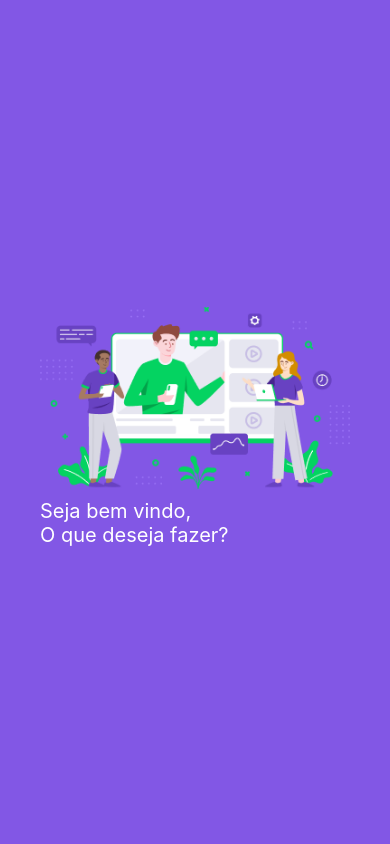
Repository: R4YC0NLima/Proffy_nlw
Screen: / (app in proffy_mobile/)
The author's editor kept a copy of each file at every save. The screen is drawn from the files as they stood at one save, then again after a run of saves.
The app was drawn by React Native's web renderer in a window 390 px wide. The project was rebuilt for these pictures with package versions that can differ from the ones it lists, and the page was loaded fresh each time.

Above is the screen before, as saved 2020-08-12 08:41:23.

### proffy_mobile/App.tsx
import React from 'react';
import {StatusBar} from 'react-native';
import Landing from './src/pages/Landing';

export default function App() {
  return (
    <>
      <Landing />
      <StatusBar style="status" />
    </>
  );
}

### proffy_mobile/src/pages/Landing/index.tsx
import React from 'react';
import {View, Image, Text} from 'react-native';

import styles from './styles.ts';

import landingImg from '../../assets/images/landing.png';

function Landing() {
  return (
    <View style={styles.container}>
      <Image source={landingImg} style={styles.banner} />
      <Text style={styles.title}>
        Seja bem vindo, {'\n'}
        <Text style={styles.titleBold}>O que deseja fazer?</Text>
      </Text>
    </View>
  );
}

export default Landing;

### proffy_mobile/src/pages/Landing/styles.ts
import {StyleSheet} from 'react-native';

const styles = StyleSheet.create({
  container: {
    flex: 1,
    backgroundColor: '#8257E5',
    justifyContent: 'center',
    padding: 40,
  },
  banner: {
    width: '100%',
    resizeMode: 'contain',
  },
  title: {
    color: '#FFF',
    fontSize: 20,

  },

//   titleBold: {

//   }
});

export default styles;

After the next 7 saves:
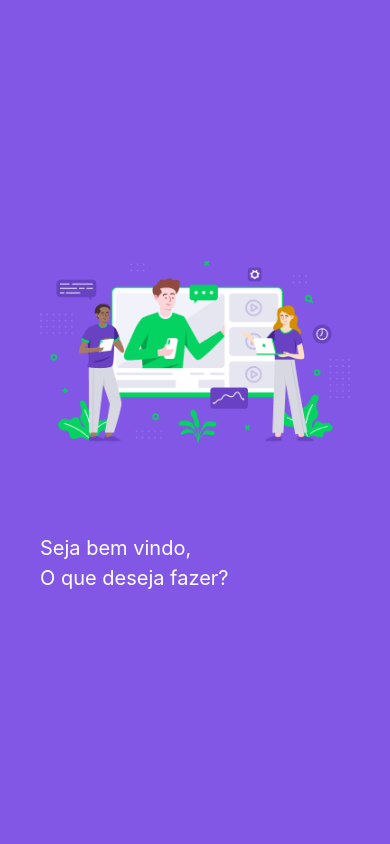
The 7 saves are shown as one change because 1 did not build or start and some came seconds apart.
The last was saved 19 s later.
--- a/proffy_mobile/src/pages/Landing/styles.ts
+++ b/proffy_mobile/src/pages/Landing/styles.ts
@@ -14,7 +14,8 @@ const styles = StyleSheet.create({
   title: {
     color: '#FFF',
     fontSize: 20,
-
+    lineHeight: 30,
+    marginTop: 80,
   },
 
 //   titleBold: {
